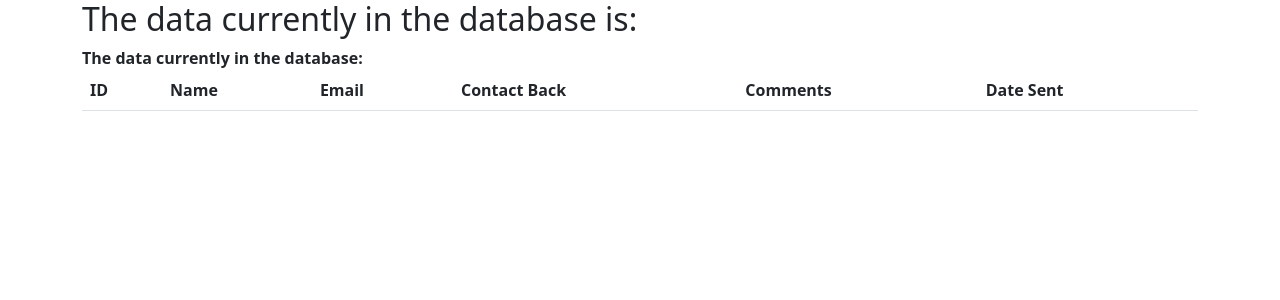
Repository: MarianCurtis/PHP-week3
Page: http://localhost/week6/lesson14.php
An editor plug-in stored every save of this project. The page is shown before and after the next save, followed by the edit.
The browser window is 1280 px wide. The pictures show the whole page.
The page is run by PHP 8.4 with error messages shown; the project is at /var/www/html/. Queries for data that is not in the repository find no rows.

Above is the page before, as saved 2023-03-19 16:28:41.

### week6/lesson14.php
<?php
    $hostname = "php-mysql-exercisedb.slccwebdev.com";
    $username = "phpmysqlexercise";
    $password = "mysqlexercise";
    $databasename = "php_mysql_exercisedb";

    try {
        //Create new PDO Object with connection parameters
        $conn = new PDO("mysql:host=$hostname;dbname=$databasename",$username, $password);

        //Set PDO error mode to exception
        $conn->setAttribute(PDO::ATTR_ERRMODE, PDO::ERRMODE_EXCEPTION);

        //Variable containing SQL command
        $sql = "SELECT * FROM mc_sp23_Contacts;";

        //Prepare SQL statement on server
        $stmt = $conn->prepare($sql);


        //Execute SQL statement on server
        $return = $conn->query($sql);




    } catch (PDOException $error) {

        //Return error code if one is created
        echo "Execution error: <br>" . $sql . "<br>" . $error->getMessage();
    }

    $conn = null;
?>

<!DOCTYPE html>
<html lang="en">
  <head>
    <meta charset="UTF-8">
    <meta http-equiv="X-UA-Compatible" content="IE-edge">
    <meta name="viewpoint" content="width=device-width, initial-scale=1.0">
    <!-- Adding Boostrap -->
    <link href="https://cdn.jsdelivr.net/npm/bootstrap@5.2.3/dist/css/bootstrap.min.css" rel="stylesheet"
    integrity="sha384-rbsA2VBKQhggwzxH7pPCaAqO46MgnOM80zW1RWuH61DGLwZJEdK2Kadq2F9CUG65" crossorigin="anonymous">

    <!-- JavaScript Bundle with Popper -->
    <script src="https://cdn.jsdelivr.net/npm/bootstrap@5.2.3/dist/js/bootstrap.bundle.min.js"
    integrity="sha384-kenU1KFdBIe4zVF0s0G1M5b4hcpxyD9F7jL+jjXkk+Q2h455rYXK/7HAuoJl+0I4"
    crossorigin="anonymous"></script>
    <title>Data Table</title>
   </head>
   <body>
    <!-- Table Section-->
    <section id="table">
      <div class="container">
        <div class="row">
          <div class="col">
            <h2>The data currently in the database is:</h2>

            <!--Table-->
            <table class="table" od="dataTable">
              <thead>
                <try>
                  <th scope="col">ID</th>
                  <th scope="col">Name</th>
                  <th scope="col">Email</th>
                  <th scope="col">Contact Back</th>
                  <th scope="col">Comments</th>
                  <th scope="col">Date Sent</th>
                </try>
              </thead>
              <tbody>
                <?php
                 //Print returned data to the screen
                  echo "<b>The data currently in the database: </b><br>\n";
                  foreach ($stmt->fetchAll() as $row) {
                  echo "<tr>";
                  echo "<td>" . $row['contactID'] . "</td>";
                  echo "<td>" . $row['name'] . "</td>";
                  echo "<td>" . $row['email'] . "</td>";
                  echo "<td>" . $row['contactBack'] . "</td>";
                  echo "<td>" . $row['comments'] . "</td>";
                  echo "<td>" . $row['dateSent'] . "</td>";
                  echo "<tr>";
                }
                ?>
              </tbody>

            </table>
          </div>
        </div>
      </div>
    </section>
   </body>
</html>

After the next save:
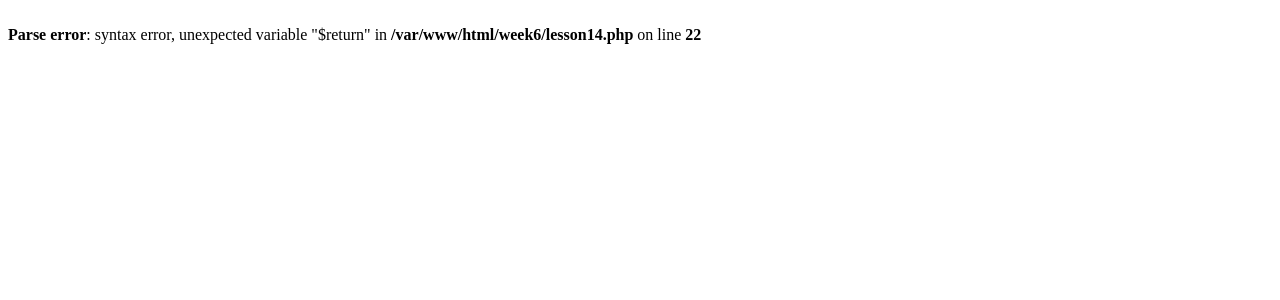
Saved 41 s later.
--- a/week6/lesson14.php
+++ b/week6/lesson14.php
@@ -17,7 +17,7 @@
         //Prepare SQL statement on server
         $stmt = $conn->prepare($sql);
 
-
+        $stmt
         //Execute SQL statement on server
         $return = $conn->query($sql);
 
